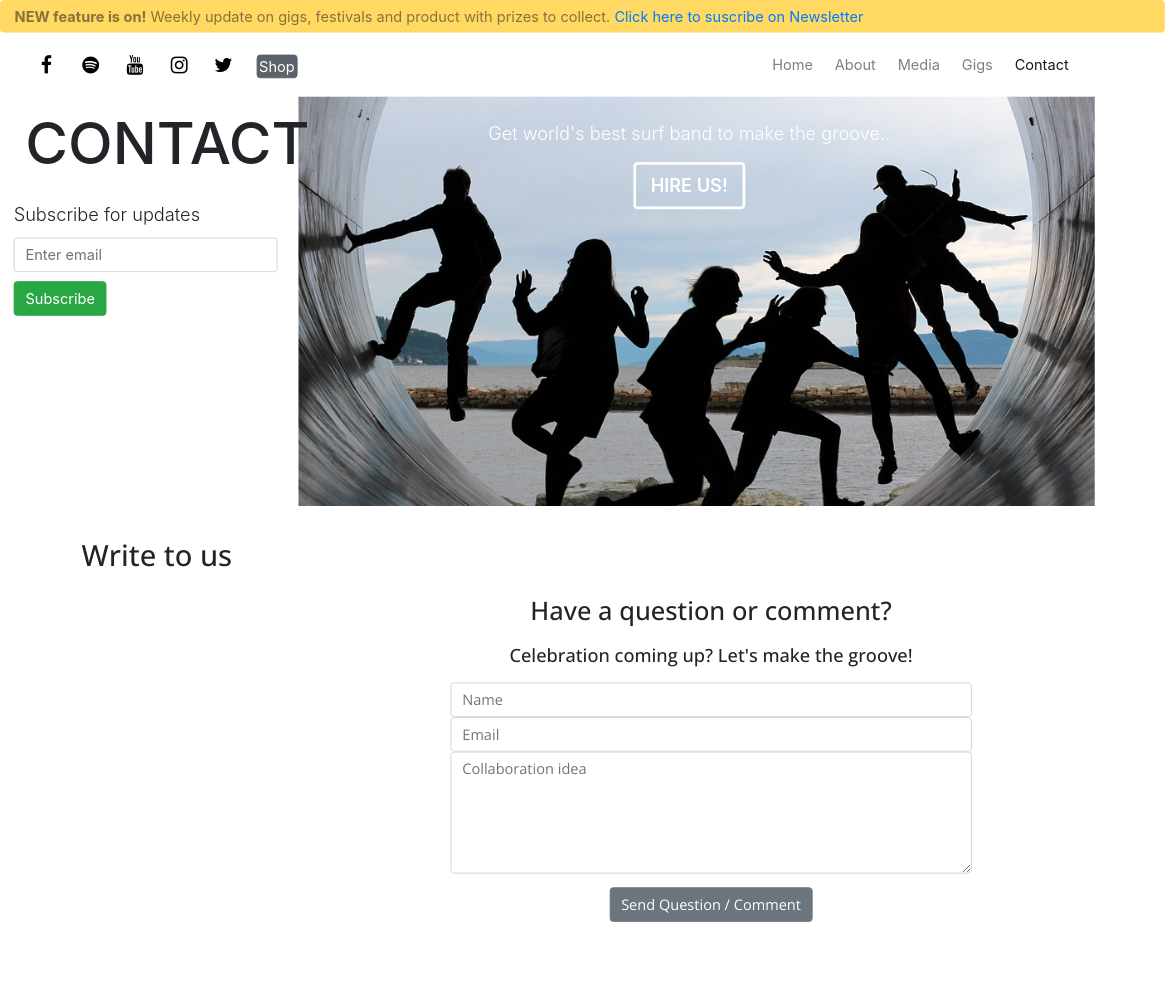
Repository: NamcorStudent/Stream_1_Project_HTML5-CSS3
Page: contact.html
The author's editor kept a record of every edit. The page is drawn from the files as they stood at one moment, then again after the next edit.
The browser window is 1280 px wide. The pictures show the whole page, at 91% of full size.
Some web libraries are served in a nearby version.

Above is the page before.

After the next edit:
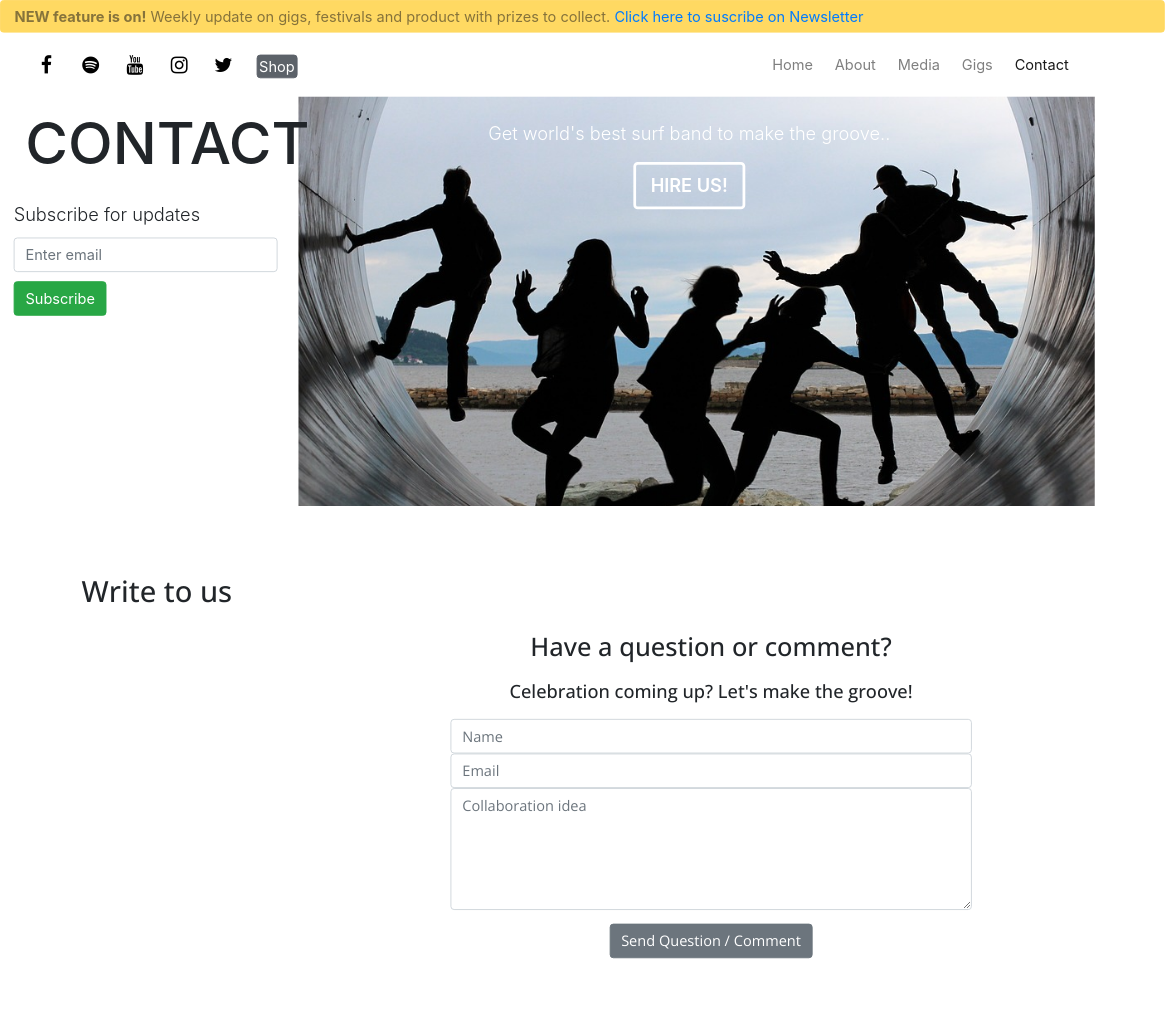
The edit:
--- a/assets/css/style.css
+++ b/assets/css/style.css
@@ -509,9 +509,6 @@
     margin-bottom: 10px;
 }
 
-.conteiner-fluid.page-content-container{
-    margin-top:10px;
-}
-.row .contact-content{
+.contact-page-content-conteiner{
     margin-top: 0;
 }
